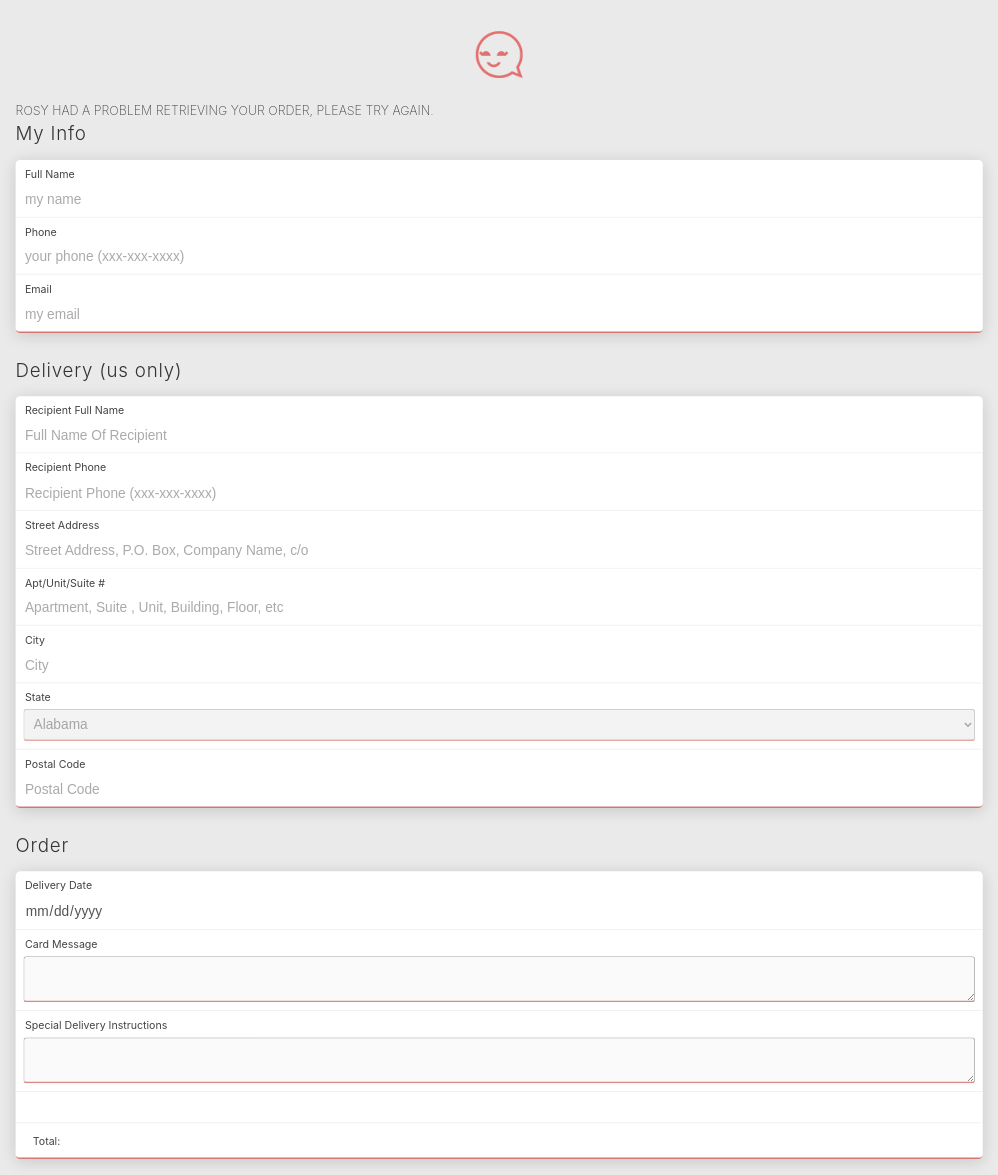
Repository: mattbobgithub/rosybot-ui
Page: rosybot-ui/dist/checkout.html
These files come from the project's save history. The page is drawn as it stood at one moment and after the next save; the edit follows.
The browser window is 1280 px wide. The pictures show the whole page, at 78% of full size.
The page's requests for data from a server got no answer. Some web libraries are served in a nearby version.

Above is the page before, as saved 2017-10-13 16:49:15.

### rosybot-ui/dist/checkout.html
<!DOCTYPE html>
<html>
<head>
<meta charset="utf-8">
<meta http-equiv="X-UA-Compatible" content="IE=edge">
<meta name="viewport"
	content="width=device-width, initial-scale=1, maximum-scale=1, minimum-scale=1, user-scalable=no, minimal-ui">
<title>Checkout</title>
<link href="normalize.css" rel="stylesheet">
<link href="index.css" rel="stylesheet">
<script src="https://js.stripe.com/v3/"></script>
</head>
<body>
	<div class="logo"></div>
	<div class="container">
	<div id="confirmMessage"></div>
		<form id="rosyOrder">
			<input id="id" name="id" type="hidden" required /> <input
				id="orderTotalHidden" name="orderTotalHidden" type="hidden" required />
			<h2>My Info</h2>
			<div class="form-groups">
				<div class="form-group">
					<label for="customerFullName">Full Name</label> <input
						id="customerFullName" name="customerFullName" type="text"
						placeholder="my name" onchange="changeRosyOrder(true)" required>
				</div>
				<div class="form-group">
					<label for="customerPhone">Phone</label> <input id="customerPhone"
						name="customerPhone" type="tel" pattern="^\d{3}-\d{3}-\d{4}$"
						placeholder="your phone (xxx-xxx-xxxx)"
						onchange="changeCustomerPhone(this.value)" required>
				</div>
				<div class="form-group">
					<label for="customerEmail">Email</label> <input id="customerEmail"
						name="customerEmail" type="email" placeholder="my email"
						onchange="changeRosyOrder(true)">
				</div>
			</div>


			<h2>Delivery (us only)</h2>
			<div class="form-groups">

				<div class="form-group">
					<label for="recipientFullName">Recipient Full Name</label> <input
						id="recipientFullName" name="recipientFullName" type="text"
						placeholder="Full Name Of Recipient"
						onchange="changeRosyOrder(true)" required>
				</div>
				<div class="form-group">
					<label for="recipientPhone">Recipient Phone</label> <input
						id="recipientPhone" name="recipientPhone" type="tel"
						pattern="^\d{3}-\d{3}-\d{4}$"
						placeholder="Recipient Phone (xxx-xxx-xxxx)"
						onchange="changeRecipientPhone(this.value)" required>
				</div>
				<div class="form-group">
					<label for="recipientStreetAddress1">Street Address</label> <input
						id="recipientStreetAddress1" name="recipientStreetAddress1"
						type="text"
						placeholder="Street Address, P.O. Box, Company Name, c/o"
						onchange="changeRosyOrder(true)" required>
				</div>
				<div class="form-group">
					<label for="recipientStreetAddress2">Apt/Unit/Suite #</label> <input
						id="recipientStreetAddress2" name="recipientStreetAddress2"
						type="text"
						placeholder="Apartment, Suite , Unit, Building, Floor, etc"
						onchange="changeRosyOrder(true)">
				</div>
				<div class="form-group">
					<label for="recipientCity">City</label> <input id="recipientCity"
						name="recipientCity" type="text" placeholder="City"
						onchange="changeRosyOrder(true)" required>
				</div>

				<div class="form-group">
					<label for="recipientState">State</label>
					<div class="select-wrapper">
						<select id="recipientState" name="recipientState"
							onchange="changeRosyOrder(true)" required>
							<option value="AL">Alabama</option>
							<option value="AK">Alaska</option>
							<option value="AZ">Arizona</option>
							<option value="AR">Arkansas</option>
							<option value="CA">California</option>
							<option value="CO">Colorado</option>
							<option value="CT">Connecticut</option>
							<option value="DE">Delaware</option>
							<option value="DC">District Of Columbia</option>
							<option value="FL">Florida</option>
							<option value="GA">Georgia</option>
							<option value="HI">Hawaii</option>
							<option value="ID">Idaho</option>
							<option value="IL">Illinois</option>
							<option value="IN">Indiana</option>
							<option value="IA">Iowa</option>
							<option value="KS">Kansas</option>
							<option value="KY">Kentucky</option>
							<option value="LA">Louisiana</option>
							<option value="ME">Maine</option>
							<option value="MD">Maryland</option>
							<option value="MA">Massachusetts</option>
							<option value="MI">Michigan</option>
							<option value="MN">Minnesota</option>
							<option value="MS">Mississippi</option>
							<option value="MO">Missouri</option>
							<option value="MT">Montana</option>
							<option value="NE">Nebraska</option>
							<option value="NV">Nevada</option>
							<option value="NH">New Hampshire</option>
							<option value="NJ">New Jersey</option>
							<option value="NM">New Mexico</option>
							<option value="NY">New York</option>
							<option value="NC">North Carolina</option>
							<option value="ND">North Dakota</option>
							<option value="OH">Ohio</option>
							<option value="OK">Oklahoma</option>
							<option value="OR">Oregon</option>
							<option value="PA">Pennsylvania</option>
							<option value="RI">Rhode Island</option>
							<option value="SC">South Carolina</option>
							<option value="SD">South Dakota</option>
							<option value="TN">Tennessee</option>
							<option value="TX">Texas</option>
							<option value="UT">Utah</option>
							<option value="VT">Vermont</option>
							<option value="VA">Virginia</option>
							<option value="WA">Washington</option>
							<option value="WV">West Virginia</option>
							<option value="WI">Wisconsin</option>
							<option value="WY">Wyoming</option>
						</select>
					</div>
				</div>

				<div class="form-group">
					<label for="recipientPostalCode">Postal Code</label> <input
						name="recipientPostalCode" onchange="changeRosyOrder(true)"
						placeholder="Postal Code" id="recipientPostalCode" required
						type="text">
				</div>

				<input type="hidden" id="recipientCountry" name="recipientCountry" />
				<input type="hidden" id="validAddress" />

			</div>


			<h2>Order</h2>

			<div class="form-groups">

				<div class="form-group">
					<label for="deliveryDate">Delivery Date</label> <input readOnly
						id="deliveryDate" name="deliveryDate" type="date"
						placeholder="DD-MM-YYYY" onchange="changeDeliveryDate()" required>
				</div>
				<div class="form-group">
					<label for="cardMessage">Card Message</label>
					<div class="textarea-wrapper">
					<textarea
              id="cardMessage" name="cardMessage"
						placeholder="Card Message" onchange="changeRosyOrder(true)">
					</textarea>
					</div>
				</div>
				<div class="form-group">
					<label for="specialInstructions">Special Delivery Instructions</label>
					<div class="textarea-wrapper">
					<textarea
              id="specialInstructions"
						name="specialInstructions"
						placeholder="Special Delivery Instructions"
						onchange="changeRosyOrder(true)">
					</textarea>
					</div>
				</div>
				<div class="form-group">
				<div class="image-wrapper">
					<img id="rosyOrderImage" src="">

				</div>
				</div>
				<div class="form-group">
				<div class="textarea-wrapper">
					<div id="productName"></div>
					<div id="productCode"></div>
					<label for="orderTotal">Total:</label>
					<div id="orderTotal"></div>
					</div>
				</div>

			</div>


			<div class="bottom-buttons" id="rosyClickableArea">
			<div id="updateOrderDiv">
				<button class="full" id="updateOrderButton">Update Order</button>
			</div id="paymentDiv">
				<button class="full primary" id="paymentButton">Buy With Card</button>
				  <div id="payment-request-button">
  						<!-- A Stripe Element will be inserted here. -->
						</div>
			</div>


		</form>
	</div>

	<script
		src="https://ajax.googleapis.com/ajax/libs/jquery/1.11.2/jquery.min.js"></script>
	<script type="text/javascript" src="js/cart.js"></script>
</body>

<div id="rosySpinnerOverlay" class="modal"></div>
</html>

### rosybot-ui/dist/index.css
html {
	box-sizing: border-box;
}

*, *:before, *:after {
	box-sizing: inherit;
}

::-webkit-input-placeholder {
	color: #aaa;
}

body {
	padding: 20px;
	font-family: -apple-system, BlinkMacSystemFont, 'Segoe UI', Roboto,
		Helvetica, Arial, sans-serif, 'Apple Color Emoji', 'Segoe UI Emoji',
		'Segoe UI Symbol';
	line-height: 1.5;
	background: #eaeaea;
	color: #444;
	font-weight: 200;
}

h2 {
	color: #333333;
	font-weight: 300;
	letter-spacing: 1px;
	margin-top: 30px;
	margin-bottom: 15px;
}

h2:first-of-type {
	margin-top: 0;
}

.form-groups {
	background: white;
	box-shadow: 0 3px 20px rgba(0, 0, 0, 0.15);
	border-radius: 6px;
	border-bottom: solid 2px #d47672;
}

.form-group {
	border-bottom: 1px solid #eee;
}

.form-group:last-of-type {
	border-bottom: none;
}

.form-group label {
	display: block;
	font-size: 85%;
	padding: 8px 12px 0 12px;
	font-weight: 400;
}

.form-group input {
	padding: 5px 0;
	display: block;
	width: 100%;
	font-size: 110%;
	padding: 12px;
	background: transparent;
	font-weight: 300;
}

input {
	border: none;
}

.logo {
	height: 60px;
	background: url("rosybot_red.png");
	background-repeat: no-repeat;
	background-position: center;
	background-size: contain;
	margin: 20px 0 30px 0;
}

.bottom-buttons {
	margin: 30px 0;
}

button.full {
	background: #c8504b;
	display: block;
	border: none;
	width: 100%;
	padding: 15px;
	border-top: solid 1px #e2a4a1;
	border-bottom: solid 3px #b33c37;
	border-radius: 6px;
	color: white;
	font-weight: 300;
	font-size: 130%;
	letter-spacing: 0.5px;
}

button.full.primary {
	border-top: solid 1px #d67e7a;
	padding: 8px;
	background: #ac3934;
	border-bottom-color: #8c2f2b;
}

.select-wrapper {
	padding: 5px 10px 10px 10px;
}

select {
	border: solid 1px #aaa;
	display: block;
	padding: 8px;
	width: 100%;
	font-size: 110%;
	font-weight: 300;
	border-radius: 4px;
	border-bottom: solid 2px #da8986;
}

.textarea-wrapper {
	padding: 5px 10px 10px 10px;
}

textarea {
	border: solid 1px #aaa;
	display: block;
	padding: 8px;
	width: 100%;
	font-size: 110%;
	font-weight: 300;
	border-radius: 4px;
	border-bottom: solid 2px #da8986;
}

.image-wrapper {
	padding: 5px 10px 10px 10px;
}

### rosybot-ui/dist/js/cart.js
/**
 * intiate the cart with the order from the api
 */

$body = $("body");

$(document).on({
	ajaxStart : function() {
		$body.addClass("loading");
	},
	ajaxStop : function() {
		$body.removeClass("loading");
	}
});

$(document)
		.ready(
				function() {

					$('#confirmMessage').hide();
					$body.addClass("loading");
					orderId = getURLParameter("ro");
					console.log(orderId);
					var postData1 = new Object();
					postData1.id = orderId;
					postData2 = JSON.stringify(postData1);

					$('#paymentDiv').show();
					$('#updateOrderDiv').hide();

					$
							.ajax({
								type : 'POST',
								url : 'https://tn59sjpc9c.execute-api.us-east-1.amazonaws.com/dev/api/rosyorder',
								data : postData2,
								success : function(data) {

									console.log(data);

									jsonData = JSON.parse(data);

									if(!jsonData.validAddress){

										console.log("invalid address");
										$('#confirmMessage').show();
										$('#confirmMessage')
												.text(
														'INVALID DELIVERY ADDRESS, PLEASE CORRECT.');
									}

									loadRosyOrderData(jsonData);


									// if order is paid, display paid
									// confirmation
									if (jsonData.rosyOrderStatus == 'PAID'
											|| jsonData.rosyOrderStatus == 'FULFILLED') {
										$('#confirmMessage').show();
										$('#confirmMessage')
												.text(
														'THANKS! YOUR ORDER # is '
																+ jsonData.rosyOrderId
																+ '. YOU WILL RECEIVE A TEXT CONFIRMATION SHORTLY');
										var form = document
												.getElementById("rosyOrder");
										var elements = form.elements;
										for (var i = 0, len = elements.length; i < len; ++i) {
											elements[i].readOnly = true;
											elements[i].disabled = true;
										}

										$('#rosyClickableArea').hide();
									}

								},
								error : function(response) {

									// Handle error
									$('#confirmMessage').show();
									$('#confirmMessage')
											.text(
													'ROSY HAD A PROBLEM RETRIEVING YOUR ORDER, PLEASE TRY AGAIN.');
									var form = document
											.getElementById("rosyOrder");
									var elements = form.elements;
									for (var i = 0, len = elements.length; i < len; ++i) {
										elements[i].readOnly = true;
										elements[i].disabled = true;
									}
									$('#rosyClickableArea').hide();
									$('#paymentDiv').hide();
									$('#updateOrderDiv').hide();

								},
								contentType : "application/json",
								dataType : 'json'
							});

				});


$( "#rosyOrder" ).submit(function( event ) {
	// alert( "Handler for .submit() called." );
	  event.preventDefault();
	  updateRosyOrder();
	});

function changeRosyOrder(allowEdit) {
	// hide paypal button, display update order button
	if(allowEdit){
	console.log("hide stripe button, show update order button.");
	$('#paymentDiv').hide();
	$('#updateOrderDiv').show();
	}else{
		console.log("hide update button, show stripte button.");
		$('#paymentDiv').show();
		$('#updateOrderDiv').hide();
	}



}

function changeDeliveryDate() {

	// validate new delivery date.
	console.log("validate new delivery date.");

	changeRosyOrder(true);
}

function changeRecipientPhone(value){

	document.forms['rosyOrder'].elements['recipientPhone'].value = formatPhoneNumber(value);

	changeRosyOrder(true);

}

function changeCustomerPhone(value){

	document.forms['rosyOrder'].elements['customerPhone'].value = formatPhoneNumber(value);

	changeRosyOrder(true);

}

function formatPhoneNumber(s) {
  var s2 = (""+s).replace(/\D/g, '');
	  var output;
	  if(s2.length>=10){
		s2 = s2.substr(0,10);
	  var m = s2.match(/^(\d{3})(\d{3})(\d{4})$/);
	  output = m[1] + "-" + m[2] + "-" + m[3];
	  }else{
		  output = s;
	  }

	   return output;
	}


function loadRosyOrderData(rod) {
	console.log(rod);

	var allowEdit = false;
	if (rod.customerFullName === null) {
		allowEdit=true;
	} else {
		document.forms['rosyOrder'].elements['customerFullName'].value = rod.customerFullName;
	}
	if (rod.customerPhone === null) {
		allowEdit=true;
	} else {
		var displayPhone = convertPhoneForDisplay(rod.customerPhone);
		document.forms['rosyOrder'].elements['customerPhone'].value = displayPhone;
	}

	if (rod.deliveryDate === null) {
		allowEdit=true;
	} else {

		var displayDate = convertDateForDisplay(rod.deliveryDate);
		document.forms['rosyOrder'].elements['deliveryDate'].value = displayDate;
	}
	if (rod.recipientCity === null) {
		allowEdit=true;
	} else {
		document.forms['rosyOrder'].elements['recipientCity'].value = rod.recipientCity;
	}
	if (rod.recipientCountry === null) {
		allowEdit=true;
	} else {
		document.forms['rosyOrder'].elements['recipientCountry'].value = rod.recipientCountry;
	}
	if (rod.recipientFullName === null) {
		allowEdit=true;
	} else {
		document.forms['rosyOrder'].elements['recipientFullName'].value = rod.recipientFullName;
	}
	if (rod.recipientPhone === null) {
		allowEdit=true;
	} else {
		var displayPhoneRecip = convertPhoneForDisplay(rod.recipientPhone);
		document.forms['rosyOrder'].elements['recipientPhone'].value = displayPhoneRecip;
	}
	if (rod.recipientPostalCode === null) {
		allowEdit=true;
	} else {
		document.forms['rosyOrder'].elements['recipientPostalCode'].value = rod.recipientPostalCode;
	}
	if (rod.recipientState === null) {
		allowEdit=true;
	} else {
		document.forms['rosyOrder'].elements['recipientState'].value = rod.recipientState;
	}
	if (rod.recipientStreetAddress1 === null) {
		allowEdit=true;
	} else {
		document.forms['rosyOrder'].elements['recipientStreetAddress1'].value = rod.recipientStreetAddress1;
	}

if(!rod.validAddress){
	allowEdit = true;
}

		changeRosyOrder(allowEdit);

// autopopulated or non-required fields
	document.forms['rosyOrder'].elements['id'].value = rod.id;

	document.forms['rosyOrder'].elements['cardMessage'].value = rod.cardMessage;
	document.forms['rosyOrder'].elements['customerEmail'].value = rod.customerEmail;
	document.forms['rosyOrder'].elements['recipientStreetAddress2'].value = rod.recipientStreetAddress2;
	document.getElementById("rosyOrderImage").src = rod.productImageUrl;
	document.getElementById("productName").textContent = rod.productName;
	document.getElementById("productCode").textContent = 'Rosy Product Code - '
			+ rod.productCode;
	document.getElementById("orderTotal").textContent = "$ " + rod.orderTotal;
	document.forms['rosyOrder'].elements['specialInstructions'].value = rod.specialInstructions;
	document.forms['rosyOrder'].elements['validAddress'].value = rod.validAddress;


	doStripe(rod.orderTotal);
}

function updateRosyOrder() {

	var arrayInput = $('#rosyOrder').serializeArray();
	var postData1 = objectifyForm(arrayInput);
	var outputDate = convertDateForSave(postData1.deliveryDate);
	postData1.deliveryDate = outputDate;
	var outputPhone = convertPhoneForSave(postData1.customerPhone);
	postData1.customerPhone = outputPhone;
	$('#confirmMessage').hide();
	postData2 = JSON.stringify(postData1);
	$
			.ajax({
				type : 'POST',
				url : 'https://tn59sjpc9c.execute-api.us-east-1.amazonaws.com/dev/api/rosyorder',
				data : postData2, // or JSON.stringify ({name:
				// 'jonas'}),
				success : function(data) {
					jsonData = JSON.parse(data);
					// reload order data from response of
					// updated order
					console.log(jsonData);
					if(!jsonData.validAddress){
						console.log("invalid address" + jsonData.validAddress);
						$('#confirmMessage').show();
						$('#confirmMessage')
								.text(
										'INVALID DELIVERY ADDRESS, PLEASE CORRECT.');
					}

					loadRosyOrderData(jsonData);

				},
				error : function(response) {
					console.log('ERROR on update call:');
					// Handle error
					$('#confirmMessage').show();
					$('#confirmMessage')
							.text(
									'ROSY HAD A PROBLEM UPDATING YOUR ORDER, PLEASE TRY AGAIN.');

				},
				contentType : "application/json",
				dataType : 'json'
			});
}

Array.prototype.move = function(from, to) {
	this.splice(to, 0, this.splice(from, 1)[0]);
};

function objectifyForm(formArray) {// serialize data function

	var returnArray = {};
	for (var i = 0; i < formArray.length; i++) {

		// find delivery date
		returnArray[formArray[i]['name']] = formArray[i]['value'];
	}
	return returnArray;
}

function getURLParameter(name) {
	return decodeURIComponent((new RegExp('[?|&]' + name + '='
			+ '([^&;]+?)(&|#|;|$)').exec(location.search) || [ null, '' ])[1]
			.replace(/\+/g, '%20'))
			|| null;
}

function convertDateForDisplay(dateStr_MM_DD_YYYY) {
	var dateArray = dateStr_MM_DD_YYYY.split("-");
	var mm = dateArray[0];
	var dd = dateArray[1];
	var yyyy = dateArray[2];
	return yyyy + "-" + mm + "-" + dd;
}

function convertDateForSave(dateStr_YYYY_MM_DD) {
	var dateArray = dateStr_YYYY_MM_DD.split("-");
	var yyyy = dateArray[0];
	var mm = dateArray[1];
	var dd = dateArray[2];
	return mm + "-" + dd + "-" + yyyy;
}

function convertPhoneForDisplay(phone) {
	if (phone.charAt(0) === '1') {
		phone = phone.substr(1);
	}
	return phone.replace(/(\d{3})(\d{3})(\d{4})/, "$1-$2-$3");
}

function convertPhoneForSave(phone) {
	phone = phone.replace(/\D/g, '')

	return phone;
}


function openPaymentModal(){

	var url = document.URL;
    shortUrl=url.substring(0,url.lastIndexOf("/"));

location= shortUrl + "/payment.html?ro=" + getURLParameter("ro");

}




function doStripe(ordTot){

// added for stripe payment request button
var stripe = Stripe('pk_test_W2fKI1ypiVB8Lk8jH6Rv2bWY');
var elements = stripe.elements();

console.log("do stripe ordTot:" + ordTot);
paymentRequest = stripe.paymentRequest({
	  country: 'US',
	  currency: 'usd',
	  total: {
	    label: 'Rosy Order:',
	    amount: ordTot * 100
	  },
	});




var prButton = elements.create('paymentRequestButton', {
	  paymentRequest: paymentRequest,
	  style: {
		    paymentRequestButton: {
		      type: 'buy', // default: 'default'
		      theme: 'dark' , // default: 'dark'
		      height: '64px' // default: '40px', the width is always '100%'
		    },
		  },
	});


// Check the availability of the Payment Request API first.
paymentRequest.canMakePayment().then(function(result) {

  if (result.applePay) {
	  $('#payment-request-button').show();

	    document.getElementById('payment-request-button').style.display = 'block';
	    prButton.mount('#payment-request-button');

  } else {
	    document.getElementById('payment-request-button').style.display = 'hide';
	  console.log("no apple/android pay");

  }

});


paymentRequest.on('token', function(ev) {

	   apiUrl= "https://h83jr170h1.execute-api.us-east-1.amazonaws.com/stripeDevApi/api/rosyorder";
	   rOrder = getURLParameter("ro");
	  // Send the token to your server to charge it!
	  fetch(apiUrl, {
	    method: 'POST',
	    body: JSON.stringify({ro: rOrder, tok: ev.token.id})
	  })
	  .then(function() {
	    // Report to the browser that the payment was successful, prompting it
	    // to close the browser payment interface.
	    ev.complete('success');

	    var url = document.URL;
        shortUrl=url.substring(0,url.lastIndexOf("/"));

        location = shortUrl + "/checkout.html?ro=" + getURLParameter("ro");

	  })
	  .catch( function() {
		    // Report to the browser that the payment failed, prompting it to
		    // re-show the payment interface, or show an error message and close
		    // the payment interface.
		    ev.complete('fail');
		  }
	  );
	});


}

Loaded but not shown: rosybot-ui/dist/normalize.css (library)

After the next save:
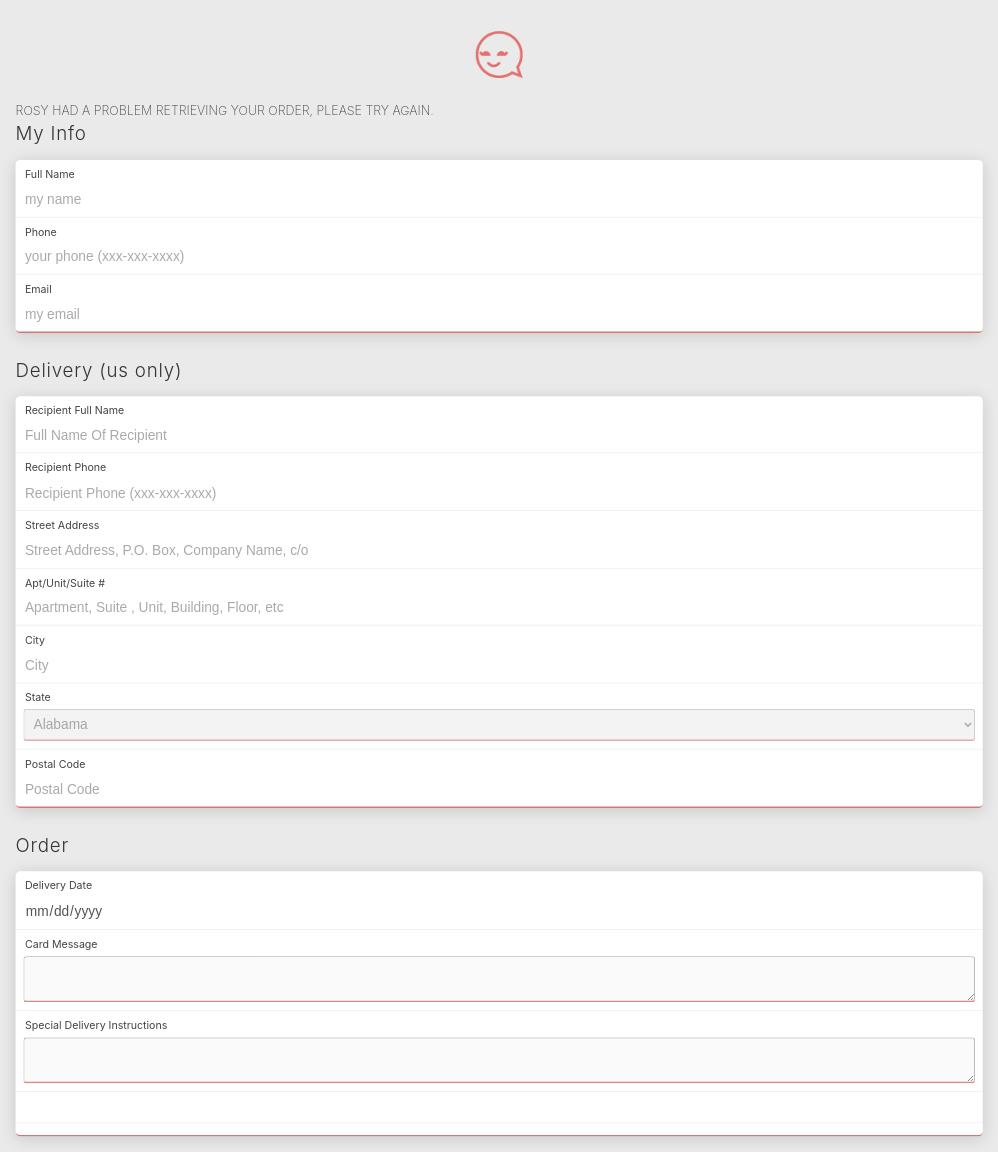
Saved 10 s later.
--- a/rosybot-ui/dist/checkout.html
+++ b/rosybot-ui/dist/checkout.html
@@ -186,7 +186,6 @@
 				<div class="textarea-wrapper">
 					<div id="productName"></div>
 					<div id="productCode"></div>
-					<label for="orderTotal">Total:</label>
 					<div id="orderTotal"></div>
 					</div>
 				</div>
